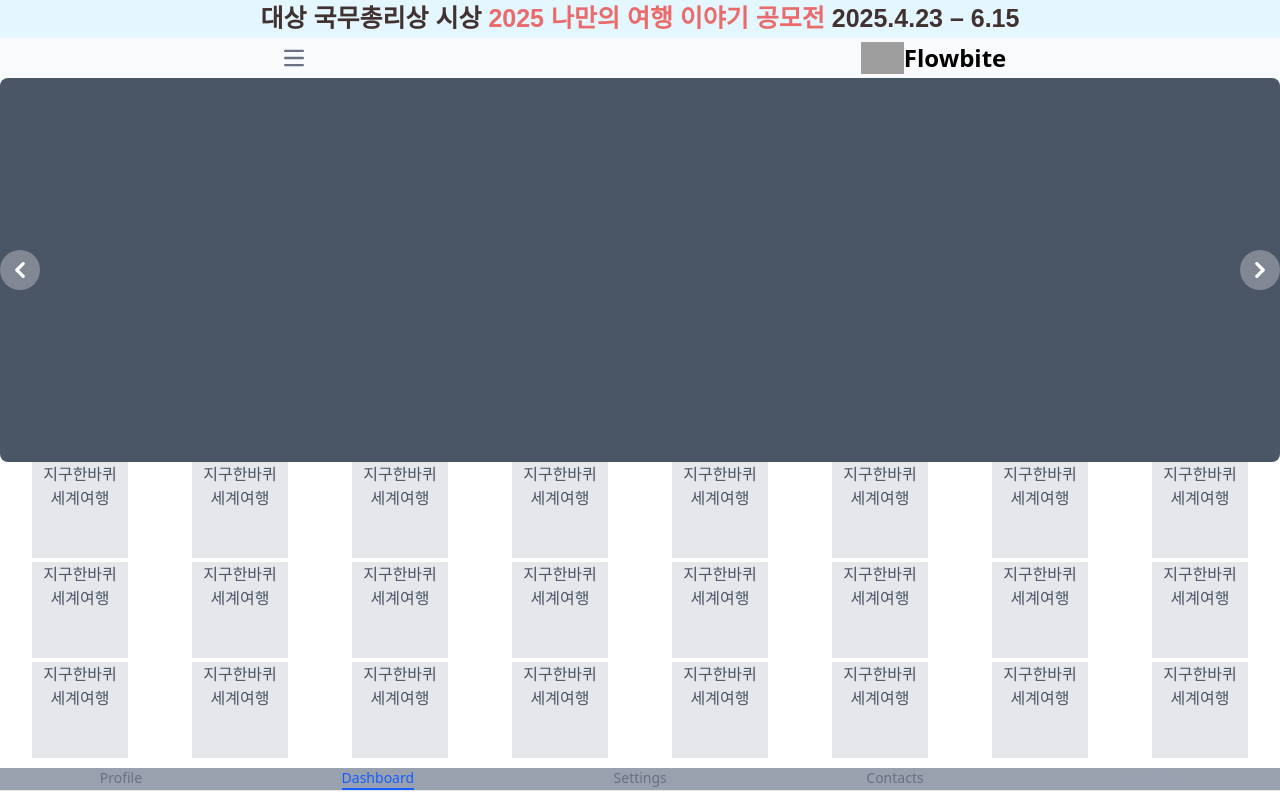
Repository: hyerim1234/travelblog
Page: html/index.html
These files come from the project's save history. The page is drawn as it stood at one moment and after the next save; the edit follows.
The browser window is 1280 px wide. The pictures show the whole page.
Pictures or frames that could not be fetched are drawn as grey boxes. Some web fonts or font styles are not loaded; a fallback is used. The style sheet was rebuilt from its Sass, Less or Tailwind sources for each picture, by a compiler version that may differ from the author's.

Above is the page before, as saved 2025-05-19 16:04:34.

### html/index.html
<!DOCTYPE html>
<html lang="en">
<head>
    <meta charset="UTF-8">
    <meta name="viewport" content="width=device-width, initial-scale=1.0">
    <title>여행블로그_250516</title>
    <link rel="stylesheet" href="../css/index.css">
    <link rel="preload" as="font" href="https://fastly.jsdelivr.net/gh/projectnoonnu/noonfonts_2102-01@1.0/RixYeoljeongdo_Regular.woff" type="font/woff" crossorigin>
    <script src="https://cdn.jsdelivr.net/npm/@tailwindcss/browser@4" defer></script>

</head>

<body>
   <!-- 1) 이벤트 배너 -->
  <div id="event-banner">
    <h1>
        대상 국무총리상 시상
        <span >2025 나만의 여행 이야기 공모전</span>
        2025.4.23 – 6.15
    </h1>
  </div>


  <!-- 주 네비게이션 메뉴 -->
  <nav class="border-gray-200 bg-gray-50">
    <div class="max-w-screen-xl flex flex-wrap items-center p-4">

      <!-- <a href="#" class="flex items-center space-x-3 rtl:space-x-reverse">
          <img src="https://flowbite.com/docs/images/logo.svg" class="h-8" alt="Flowbite Logo" />
          <span class="self-center text-2xl font-semibold whitespace-nowrap dark:text-white">Flowbite</span>
      </a> -->

      <button data-collapse-toggle="navbar-hamburger" type="button" class="inline-flex items-center justify-center p-2 w-10 h-10 text-sm text-gray-500 rounded-lg hover:bg-gray-100 focus:outline-none focus:ring-2 focus:ring-gray-200 dark:text-gray-400 dark:hover:bg-gray-700 dark:focus:ring-gray-600" aria-controls="navbar-hamburger" aria-expanded="false">
        <span class="sr-only">Open main menu</span>
        <svg class="w-5 h-5" aria-hidden="true" xmlns="http://www.w3.org/2000/svg" fill="none" viewBox="0 0 17 14">
            <path stroke="currentColor" stroke-linecap="round" stroke-linejoin="round" stroke-width="2" d="M1 1h15M1 7h15M1 13h15"/>
        </svg>
      </button>

        <a href="#" class="flex items-center space-x-3 ">
          <img src="https://flowbite.com/docs/images/logo.svg" class="h-8" alt="Flowbite Logo" />
          <span class="self-center text-2xl font-semibold whitespace-nowrap dark:text-white">Flowbite</span>
        </a>

      <div class="hidden w-full" id="navbar-hamburger">
        <ul class="flex flex-col font-medium mt-4 rounded-lg bg-gray-50 dark:bg-gray-800 dark:border-gray-700">
          <li>
            <a href="#" class="block py-2 px-3 text-white bg-blue-700 rounded-sm dark:bg-blue-600" aria-current="page">Home</a>
          </li>
          <li>
            <a href="#" class="block py-2 px-3 text-gray-900 rounded-sm hover:bg-gray-100 dark:text-gray-400 dark:hover:bg-gray-700 dark:hover:text-white">Services</a>
          </li>
          <li>
            <a href="#" class="block py-2 px-3 text-gray-900 rounded-sm hover:bg-gray-100 dark:text-gray-400 md:dark:hover:text-white dark:hover:bg-gray-700 dark:hover:text-white">Pricing</a>
          </li>
          <li>
            <a href="#" class="block py-2 px-3 text-gray-900 rounded-sm hover:bg-gray-100 dark:text-gray-400 dark:hover:bg-gray-700 dark:hover:text-white">Contact</a>
          </li>
        </ul>
      </div>
    </div>
  </nav>



<main class="py-8">
  <!-- 2) 슬라이더 섹션 -->
  <div id="controls-carousel" class="relative w-full" data-carousel="static">
      <!-- Carousel wrapper -->
      <div class="relative h-56 overflow-hidden rounded-lg md:h-96 bg-gray-600">
          <!-- Item 1 -->
          <div class="hidden duration-700 ease-in-out" data-carousel-item>
              <img src="/docs/images/carousel/carousel-1.svg" class="absolute block w-full -translate-x-1/2 -translate-y-1/2 top-1/2 left-1/2 bg-gray-100" alt="...">
          </div>
          <!-- Item 2 -->
          <div class="hidden duration-700 ease-in-out" data-carousel-item="active">
              <img src="/docs/images/carousel/carousel-2.svg" class="absolute block w-full -translate-x-1/2 -translate-y-1/2 top-1/2 left-1/2" alt="...">
          </div>
          <!-- Item 3 -->
          <div class="hidden duration-700 ease-in-out" data-carousel-item>
              <img src="/docs/images/carousel/carousel-3.svg" class="absolute block w-full -translate-x-1/2 -translate-y-1/2 top-1/2 left-1/2" alt="...">
          </div>
          <!-- Item 4 -->
          <div class="hidden duration-700 ease-in-out" data-carousel-item>
              <img src="/docs/images/carousel/carousel-4.svg" class="absolute block w-full -translate-x-1/2 -translate-y-1/2 top-1/2 left-1/2" alt="...">
          </div>
          <!-- Item 5 -->
          <div class="hidden duration-700 ease-in-out" data-carousel-item>
              <img src="/docs/images/carousel/carousel-5.svg" class="absolute block w-full -translate-x-1/2 -translate-y-1/2 top-1/2 left-1/2" alt="...">
          </div>
      </div>
      <!-- Slider controls -->
      <button type="button" class="absolute top-0 start-0 z-30 flex items-center justify-center h-full px-4 cursor-pointer group focus:outline-none" data-carousel-prev>
          <span class="inline-flex items-center justify-center w-10 h-10 rounded-full bg-white/30 dark:bg-gray-800/30 group-hover:bg-white/50 dark:group-hover:bg-gray-800/60 group-focus:ring-4 group-focus:ring-white dark:group-focus:ring-gray-800/70 group-focus:outline-none">
              <svg class="w-4 h-4 text-white dark:text-gray-800 rtl:rotate-180" aria-hidden="true" xmlns="http://www.w3.org/2000/svg" fill="none" viewBox="0 0 6 10">
                  <path stroke="currentColor" stroke-linecap="round" stroke-linejoin="round" stroke-width="2" d="M5 1 1 5l4 4"/>
              </svg>
              <span class="sr-only">Previous</span>
          </span>
      </button>
      <button type="button" class="absolute top-0 end-0 z-30 flex items-center justify-center h-full px-4 cursor-pointer group focus:outline-none" data-carousel-next>
          <span class="inline-flex items-center justify-center w-10 h-10 rounded-full bg-white/30 dark:bg-gray-800/30 group-hover:bg-white/50 dark:group-hover:bg-gray-800/60 group-focus:ring-4 group-focus:ring-white dark:group-focus:ring-gray-800/70 group-focus:outline-none">
              <svg class="w-4 h-4 text-white dark:text-gray-800 rtl:rotate-180" aria-hidden="true" xmlns="http://www.w3.org/2000/svg" fill="none" viewBox="0 0 6 10">
                  <path stroke="currentColor" stroke-linecap="round" stroke-linejoin="round" stroke-width="2" d="m1 9 4-4-4-4"/>
              </svg>
              <span class="sr-only">Next</span>
          </span>
      </button>
  </div>


  <section>
    <!-- 1. 래퍼: 모바일에서 좌우 스크롤 -->
    <div class="overflow-x-auto">
      <!-- 2. 실제 그리드 -->
      <div class="flex grid-col-8 grid-row-">
        <!-- ==== 1행 ==== -->
        <div class="p-6 text-center size-24 bg-gray-200 ">
          <p class="text-gray-600 text-base">지구한바퀴<br/>세계여행</p>
        </div>

        <div class=" p-6 text-center  size-24 bg-gray-200 ">
          <p class="text-gray-600 text-base">지구한바퀴<br/>세계여행</p>
        </div>

        <div class=" p-6 text-center  size-24 bg-gray-200 ">
          <p class="text-gray-600 text-base">지구한바퀴<br/>세계여행</p>
        </div>

        <div class=" p-6 text-center  size-24 bg-gray-200 ">
          <p class="text-gray-600 text-base">지구한바퀴<br/>세계여행</p>
        </div>

         <div class=" p-6 text-center  size-24 bg-gray-200 ">
          <p class="text-gray-600 text-base">지구한바퀴<br/>세계여행</p>
        </div>

         <div class=" p-6 text-center  size-24 bg-gray-200 ">
          <p class="text-gray-600 text-base">지구한바퀴<br/>세계여행</p>
        </div>

         <div class=" p-6 text-center  size-24 bg-gray-200 ">
          <p class="text-gray-600 text-base">지구한바퀴<br/>세계여행</p>
        </div>

         <div class=" p-6 text-center  size-24 bg-gray-200 ">
          <p class="text-gray-600 text-base">지구한바퀴<br/>세계여행</p>
        </div>
      </div>

      <div class="flex " style="margin: 4px 0px;">
        <!-- ==== 2행 ==== -->
        <div class="p-6 text-center size-24 bg-gray-200 ">
          <p class="text-gray-600 text-base">지구한바퀴<br/>세계여행</p>
        </div>

        <div class=" p-6 text-center  size-24 bg-gray-200 ">
          <p class="text-gray-600 text-base">지구한바퀴<br/>세계여행</p>
        </div>

        <div class=" p-6 text-center  size-24 bg-gray-200 ">
          <p class="text-gray-600 text-base">지구한바퀴<br/>세계여행</p>
        </div>

        <div class=" p-6 text-center  size-24 bg-gray-200 ">
          <p class="text-gray-600 text-base">지구한바퀴<br/>세계여행</p>
        </div>

         <div class=" p-6 text-center  size-24 bg-gray-200 ">
          <p class="text-gray-600 text-base">지구한바퀴<br/>세계여행</p>
        </div>

         <div class=" p-6 text-center  size-24 bg-gray-200 ">
          <p class="text-gray-600 text-base">지구한바퀴<br/>세계여행</p>
        </div>

         <div class=" p-6 text-center  size-24 bg-gray-200 ">
          <p class="text-gray-600 text-base">지구한바퀴<br/>세계여행</p>
        </div>

         <div class=" p-6 text-center  size-24 bg-gray-200 ">
          <p class="text-gray-600 text-base">지구한바퀴<br/>세계여행</p>
        </div>
      </div>

      <div class="flex grid-col-8 grid-row-3">
        <!-- ==== 3행 ==== -->
        <div class="p-6 text-center size-24 bg-gray-200 ">
          <p class="text-gray-600 text-base">지구한바퀴<br/>세계여행</p>
        </div>

        <div class=" p-6 text-center  size-24 bg-gray-200 ">
          <p class="text-gray-600 text-base">지구한바퀴<br/>세계여행</p>
        </div>

        <div class=" p-6 text-center  size-24 bg-gray-200 ">
          <p class="text-gray-600 text-base">지구한바퀴<br/>세계여행</p>
        </div>

        <div class=" p-6 text-center  size-24 bg-gray-200 ">
          <p class="text-gray-600 text-base">지구한바퀴<br/>세계여행</p>
        </div>

         <div class=" p-6 text-center  size-24 bg-gray-200 ">
          <p class="text-gray-600 text-base">지구한바퀴<br/>세계여행</p>
        </div>

         <div class=" p-6 text-center  size-24 bg-gray-200 ">
          <p class="text-gray-600 text-base">지구한바퀴<br/>세계여행</p>
        </div>

         <div class=" p-6 text-center  size-24 bg-gray-200 ">
          <p class="text-gray-600 text-base">지구한바퀴<br/>세계여행</p>
        </div>

         <div class=" p-6 text-center  size-24 bg-gray-200 ">
          <p class="text-gray-600 text-base">지구한바퀴<br/>세계여행</p>
        </div>
      </div>

    </div>
  </section>


  <!-- 요일별 연재 : 탭 기능 -->

    <section class="bg-gray-400" style="margin: 10px 0px;">
      <div class="text-sm font-medium text-center text-gray-500 border-b border-gray-200 dark:text-gray-400 dark:border-gray-700">
        <ul class="flex flex-wrap -mb-px">
            <li class="me-2">
                <a href="#" class="inline-block p-4 border-b-2 border-transparent rounded-t-lg hover:text-gray-600 hover:border-gray-300 dark:hover:text-gray-300">Profile</a>
            </li>
            <li class="me-2">
                <a href="#" class="inline-block p-4 text-blue-600 border-b-2 border-blue-600 rounded-t-lg active dark:text-blue-500 dark:border-blue-500" aria-current="page">Dashboard</a>
            </li>
            <li class="me-2">
                <a href="#" class="inline-block p-4 border-b-2 border-transparent rounded-t-lg hover:text-gray-600 hover:border-gray-300 dark:hover:text-gray-300">Settings</a>
            </li>
            <li class="me-2">
                <a href="#" class="inline-block p-4 border-b-2 border-transparent rounded-t-lg hover:text-gray-600 hover:border-gray-300 dark:hover:text-gray-300">Contacts</a>
            </li>
            <li>
                <a class="inline-block p-4 text-gray-400 rounded-t-lg cursor-not-allowed dark:text-gray-500">Disabled</a>
            </li>
        </ul>
      </div>
    </section>

</main>

  <footer>
    <!-- 저작권, 연락처, 사이트 맵 등의 푸터 콘텐츠 -->
  </footer>
</body>
</html>

### css/index.scss
*{
    margin: 0 auto;
    padding: 0;
    box-sizing: border-box;

}

@font-face {
    font-family: 'GmarketSansMedium';
    src: url('https://fastly.jsdelivr.net/gh/projectnoonnu/noonfonts_2001@1.1/GmarketSansMedium.woff') format('woff');
    font-weight: normal;
    font-style: normal;
}

#event-banner{
    background-color: #e4f6fe;
    > h1{
        text-align: center;
        font-size: 25px;
        font-family: 'GmarketSansMedium', sans-serif;
        font-style: normal;
        font-display: swap;
        font-weight: 900;
        color: #413231;

        >span{
            color:#EA6B6B;
        }
    }
}

After the next save:
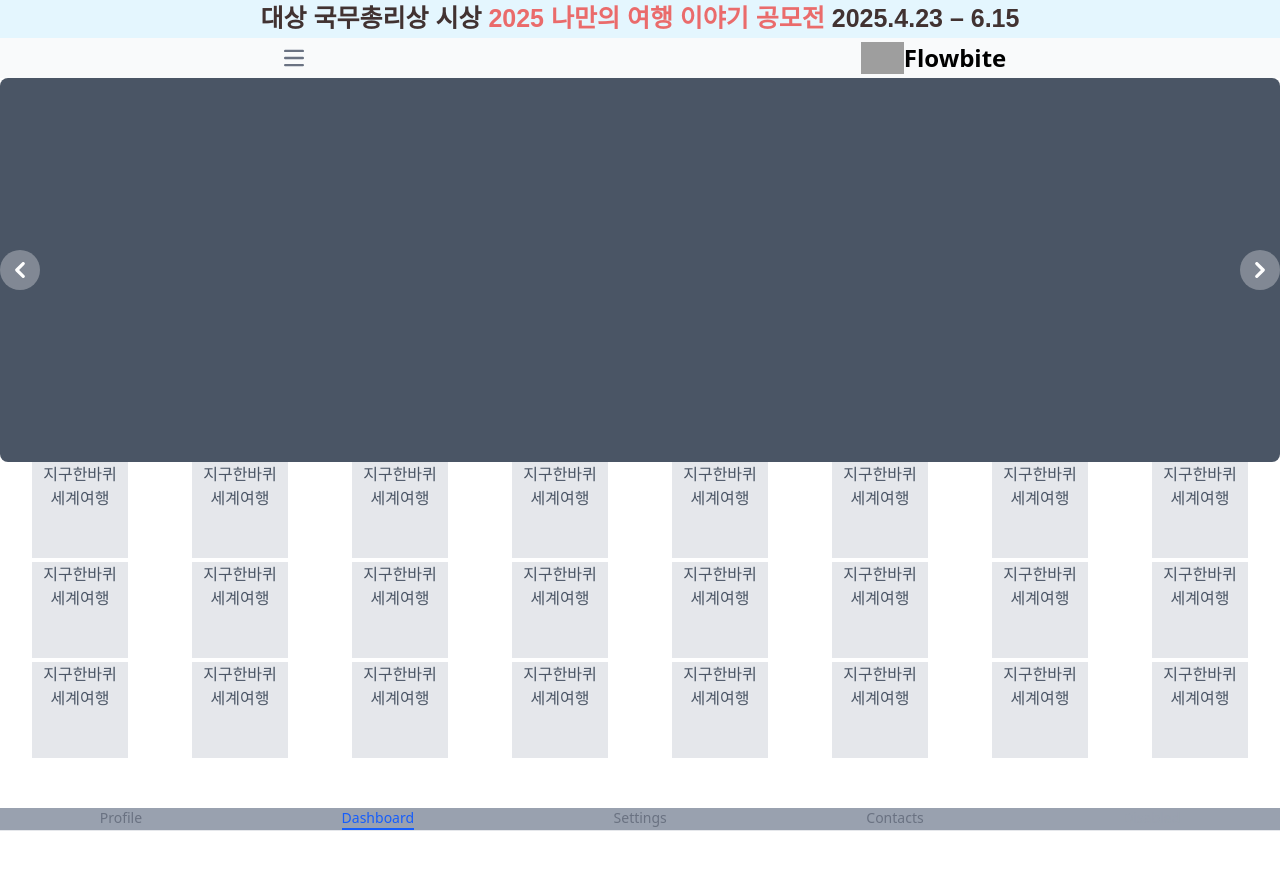
Saved 8 s later.
--- a/html/index.html
+++ b/html/index.html
@@ -224,7 +224,7 @@
 
   <!-- 요일별 연재 : 탭 기능 -->
 
-    <section class="bg-gray-400" style="margin: 10px 0px;">
+    <section class="bg-gray-400" style="margin: 50px 0px;">
       <div class="text-sm font-medium text-center text-gray-500 border-b border-gray-200 dark:text-gray-400 dark:border-gray-700">
         <ul class="flex flex-wrap -mb-px">
             <li class="me-2">
